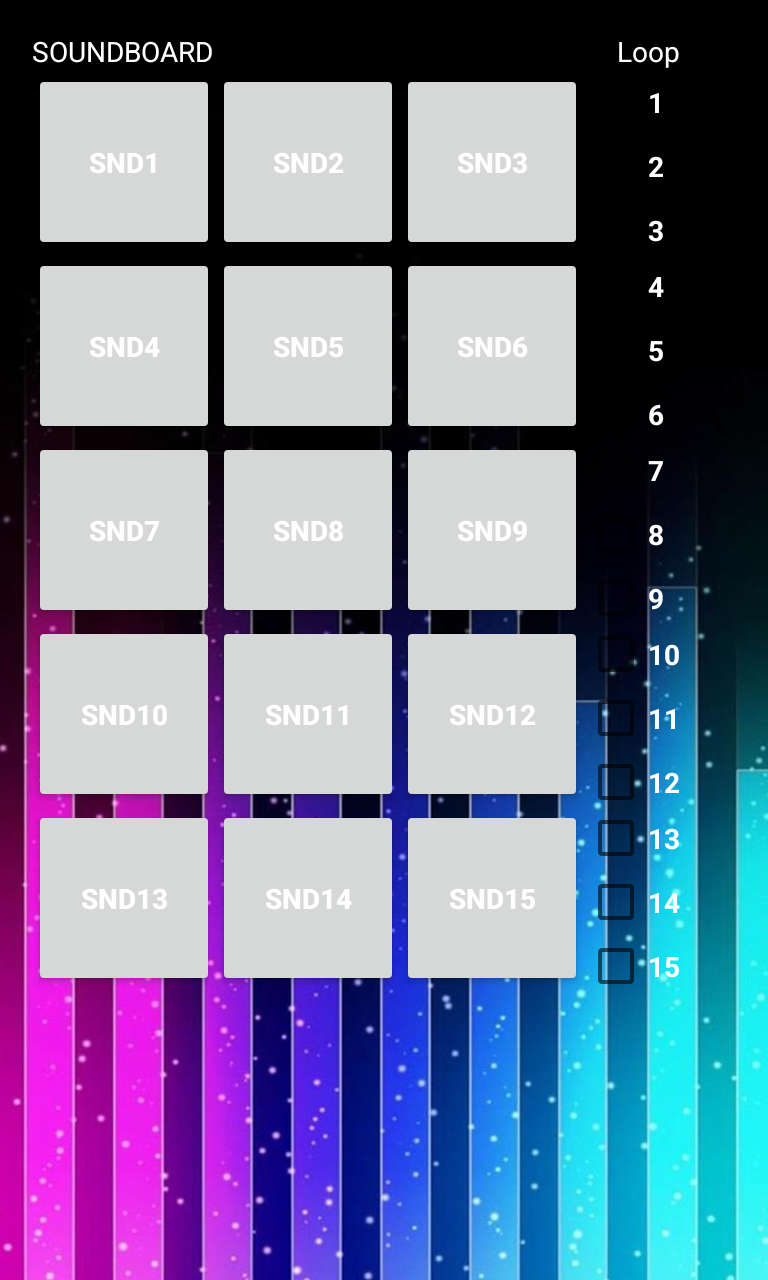
Repository: SoundBoardJAMJ/Project
Layout: workspace/SoundBoard/res/layout/defboard.xml
The author's editor kept a copy of each file at every save. The layout is drawn from the files as they stood at one save, then again after the next save.
It is drawn on a 768 x 1280 px phone screen (xhdpi) without system bars, with theme AppTheme; the app's code is not run.

Above is the layout before, as saved 2014-05-02 07:20:23.

### workspace/SoundBoard/res/layout/defboard.xml
<ScrollView xmlns:android="http://schemas.android.com/apk/res/android"
xmlns:tools="http://schemas.android.com/tools"
android:layout_width="match_parent"
android:background="@drawable/image1"
android:layout_height="match_parent" >

<RelativeLayout
    android:layout_width="match_parent"
    android:layout_height="600dp"
    android:paddingBottom="@dimen/activity_vertical_margin"
    android:paddingLeft="@dimen/activity_horizontal_margin"
    android:paddingRight="@dimen/activity_horizontal_margin"
    android:paddingTop="@dimen/activity_vertical_margin"
    tools:context="com.example.soundtest.DefBoard$PlaceholderFragment" >

    <TextView
        android:id="@+id/textView1"
        android:layout_width="wrap_content"
        android:layout_height="wrap_content"
        android:textColor="@android:color/white"
        android:alpha="1.0"
        android:text="SOUNDBOARD" />

    <Button
        android:id="@+id/button1"
        android:layout_width="92dp"
        android:layout_height="92dp"
        android:layout_alignLeft="@+id/textView1"
        android:layout_below="@+id/textView1"
        android:onClick="ButtonOnClick"
        android:textColor="@android:color/white"
        android:alpha="1.0"
        android:textStyle="bold"
        android:text="snd1" />

    <Button
        android:id="@+id/button3"
        android:layout_width="92dp"
        android:layout_height="92dp"
        android:layout_alignBaseline="@+id/button2"
        android:layout_alignBottom="@+id/button2"
        android:layout_toRightOf="@+id/button2"
        android:onClick="ButtonOnClick"
        android:textColor="@android:color/white"
        android:alpha="1.0"
        android:textStyle="bold"
        android:text="snd3" />

    <Button
        android:id="@+id/button2"
        android:layout_width="92dp"
        android:layout_height="92dp"
        android:layout_alignBaseline="@+id/button1"
        android:layout_alignBottom="@+id/button1"
        android:layout_toRightOf="@+id/button1"
        android:onClick="ButtonOnClick"
        android:textColor="@android:color/white"
        android:alpha="1.0"
        android:textStyle="bold"
        android:text="snd2" />

    <Button
        android:id="@+id/button8"
        android:layout_width="92dp"
        android:layout_height="92dp"
        android:layout_alignBaseline="@+id/button7"
        android:layout_alignBottom="@+id/button7"
        android:layout_toRightOf="@+id/button4"
        android:onClick="ButtonOnClick"
        android:textColor="@android:color/white"
        android:alpha="1.0"
        android:textStyle="bold"
        android:text="snd8" />

    <Button
        android:id="@+id/button7"
        android:layout_width="92dp"
        android:layout_height="92dp"
        android:layout_below="@+id/button4"
        android:layout_toLeftOf="@+id/button8"
        android:onClick="ButtonOnClick"
        android:textColor="@android:color/white"
        android:alpha="1.0"
        android:textStyle="bold"
        android:text="snd7" />

    <Button
        android:id="@+id/button6"
        android:layout_width="92dp"
        android:layout_height="92dp"
        android:layout_alignBaseline="@+id/button5"
        android:layout_alignBottom="@+id/button5"
        android:layout_toRightOf="@+id/button5"
        android:onClick="ButtonOnClick"
        android:textColor="@android:color/white"
        android:alpha="1.0"
        android:textStyle="bold"
        android:text="snd6" />

    <Button
        android:id="@+id/button9"
        android:layout_width="92dp"
        android:layout_height="92dp"
        android:layout_alignBaseline="@+id/button8"
        android:layout_alignBottom="@+id/button8"
        android:layout_alignLeft="@+id/button6"
        android:onClick="ButtonOnClick"
        android:textColor="@android:color/white"
        android:alpha="1.0"
        android:textStyle="bold"
        android:text="snd9" />

    <Button
        android:id="@+id/button5"
        android:layout_width="92dp"
        android:layout_height="92dp"
        android:layout_below="@+id/button1"
        android:layout_toRightOf="@+id/button1"
        android:onClick="ButtonOnClick"
        android:textColor="@android:color/white"
        android:alpha="1.0"
        android:textStyle="bold"
        android:text="snd5" />

    <Button
        android:id="@+id/button10"
        android:layout_width="92dp"
        android:layout_height="92dp"
        android:layout_alignParentLeft="true"
        android:layout_below="@+id/button7"
        android:onClick="ButtonOnClick"
        android:textColor="@android:color/white"
        android:alpha="1.0"
        android:textStyle="bold"
        android:text="snd10" />

    <Button
        android:id="@+id/button11"
        android:layout_width="92dp"
        android:layout_height="92dp"
        android:layout_alignBaseline="@+id/button10"
        android:layout_alignBottom="@+id/button10"
        android:layout_toRightOf="@+id/button10"
        android:onClick="ButtonOnClick"
        android:textColor="@android:color/white"
        android:alpha="1.0"
        android:textStyle="bold"
        android:text="snd11" />

    <Button
        android:id="@+id/button13"
        android:layout_width="92dp"
        android:layout_height="92dp"
        android:layout_alignParentLeft="true"
        android:layout_below="@+id/button10"
        android:onClick="ButtonOnClick"
        android:textColor="@android:color/white"
        android:alpha="1.0"
        android:textStyle="bold"
        android:text="snd13" />

    <Button
        android:id="@+id/button14"
        android:layout_width="92dp"
        android:layout_height="92dp"
        android:layout_below="@+id/button10"
        android:layout_toLeftOf="@+id/button12"
        android:alpha="1.0"
        android:onClick="ButtonOnClick"
        android:text="snd14"
        android:textColor="@android:color/white"
        android:textStyle="bold" />

    <Button
        android:id="@+id/button15"
        android:layout_width="92dp"
        android:layout_height="92dp"
        android:layout_below="@+id/button11"
        android:layout_toRightOf="@+id/button14"
        android:alpha="1.0"
        android:onClick="ButtonOnClick"
        android:text="snd15"
        android:textColor="@android:color/white"
        android:textStyle="bold" />

    <Button
        android:id="@+id/button12"
        android:layout_width="92dp"
        android:layout_height="92dp"
        android:layout_below="@+id/button8"
        android:layout_toRightOf="@+id/button11"
        android:onClick="ButtonOnClick"
        android:textColor="@android:color/white"
        android:alpha="1.0"
        android:textStyle="bold"
        android:text="snd12" />

    <Button
        android:id="@+id/button4"
        android:layout_width="92dp"
        android:layout_height="92dp"
        android:layout_alignBaseline="@+id/button5"
        android:layout_alignBottom="@+id/button5"
        android:layout_toLeftOf="@+id/button5"
        android:onClick="ButtonOnClick"
        android:textColor="@android:color/white"
        android:alpha="1.0"
        android:textStyle="bold"
        android:text="snd4" />

    <CheckBox
        android:id="@+id/checkBox1"
        android:layout_width="wrap_content"
        android:layout_height="wrap_content"
        android:layout_alignTop="@+id/button3"
        android:layout_toRightOf="@+id/button3"
        android:alpha="1.0"
        android:onClick="TogOnClick"
        android:text="1"
        android:textColor="@android:color/white"
        android:textStyle="bold" />

    <CheckBox
        android:id="@+id/checkBox2"
        android:layout_width="wrap_content"
        android:layout_height="wrap_content"
        android:layout_below="@+id/checkBox1"
        android:layout_toRightOf="@+id/button3"
        android:onClick="TogOnClick"
        android:textColor="@android:color/white"
        android:alpha="1.0"
        android:textStyle="bold"
        android:text="2" />

    <CheckBox
        android:id="@+id/checkBox3"
        android:layout_width="wrap_content"
        android:layout_height="wrap_content"
        android:layout_alignLeft="@+id/checkBox2"
        android:layout_below="@+id/checkBox2"
        android:onClick="TogOnClick"
        android:textColor="@android:color/white"
        android:alpha="1.0"
        android:textStyle="bold"
        android:text="3" />

    <CheckBox
        android:id="@+id/checkBox4"
        android:layout_width="wrap_content"
        android:layout_height="wrap_content"
        android:layout_alignTop="@+id/button6"
        android:layout_toRightOf="@+id/button6"
        android:onClick="TogOnClick"
        android:textColor="@android:color/white"
        android:alpha="1.0"
        android:textStyle="bold"
        android:text="4" />

    <CheckBox
        android:id="@+id/checkBox5"
        android:layout_width="wrap_content"
        android:layout_height="wrap_content"
        android:layout_below="@+id/checkBox4"
        android:layout_toRightOf="@+id/button6"
        android:onClick="TogOnClick"
        android:textColor="@android:color/white"
        android:alpha="1.0"
        android:textStyle="bold"
        android:text="5" />

    <CheckBox
        android:id="@+id/checkBox6"
        android:layout_width="wrap_content"
        android:layout_height="wrap_content"
        android:layout_below="@+id/checkBox5"
        android:layout_toRightOf="@+id/button6"
        android:onClick="TogOnClick"
        android:textColor="@android:color/white"
        android:alpha="1.0"
        android:textStyle="bold"
        android:text="6" />

    <CheckBox
        android:id="@+id/checkBox7"
        android:layout_width="wrap_content"
        android:layout_height="wrap_content"
        android:layout_alignTop="@+id/button9"
        android:layout_toRightOf="@+id/button9"
        android:onClick="TogOnClick"
        android:textColor="@android:color/white"
        android:alpha="1.0"
        android:textStyle="bold"
        android:text="7" />

    <CheckBox
        android:id="@+id/checkBox8"
        android:layout_width="wrap_content"
        android:layout_height="wrap_content"
        android:layout_below="@+id/checkBox7"
        android:layout_toRightOf="@+id/button9"
        android:onClick="TogOnClick"
        android:textColor="@android:color/white"
        android:alpha="1.0"
        android:textStyle="bold"
        android:text="8" />

    <CheckBox
        android:id="@+id/checkBox9"
        android:layout_width="wrap_content"
        android:layout_height="wrap_content"
        android:layout_below="@+id/checkBox8"
        android:layout_toRightOf="@+id/button9"
        android:onClick="TogOnClick"
        android:textColor="@android:color/white"
        android:alpha="1.0"
        android:textStyle="bold"
        android:text="9" />

    <CheckBox
        android:id="@+id/checkBox10"
        android:layout_width="wrap_content"
        android:layout_height="wrap_content"
        android:layout_alignTop="@+id/button12"
        android:layout_toRightOf="@+id/button12"
        android:onClick="TogOnClick"
        android:textColor="@android:color/white"
        android:alpha="1.0"
        android:textStyle="bold"
        android:text="10" />

    <CheckBox
        android:id="@+id/checkBox11"
        android:layout_width="wrap_content"
        android:layout_height="wrap_content"
        android:layout_below="@+id/checkBox10"
        android:layout_toRightOf="@+id/button12"
        android:onClick="TogOnClick"
        android:textColor="@android:color/white"
        android:alpha="1.0"
        android:textStyle="bold"
        android:text="11" />

    <CheckBox
        android:id="@+id/checkBox12"
        android:layout_width="wrap_content"
        android:layout_height="wrap_content"
        android:layout_alignLeft="@+id/checkBox11"
        android:layout_below="@+id/checkBox11"
        android:onClick="TogOnClick"
        android:textColor="@android:color/white"
        android:alpha="1.0"
        android:textStyle="bold"
        android:text="12" />

    <CheckBox
        android:id="@+id/checkBox13"
        android:layout_width="wrap_content"
        android:layout_height="wrap_content"
        android:layout_alignTop="@+id/button15"
        android:layout_toRightOf="@+id/button15"
        android:onClick="TogOnClick"
        android:textColor="@android:color/white"
        android:alpha="1.0"
        android:textStyle="bold"
        android:text="13" />

    <CheckBox
        android:id="@+id/checkBox14"
        android:layout_width="wrap_content"
        android:layout_height="wrap_content"
        android:layout_below="@+id/checkBox13"
        android:layout_toRightOf="@+id/button15"
        android:onClick="TogOnClick"
        android:textColor="@android:color/white"
        android:alpha="1.0"
        android:textStyle="bold"
        android:text="14" />

    <CheckBox
        android:id="@+id/checkBox15"
        android:layout_width="wrap_content"
        android:layout_height="wrap_content"
        android:layout_below="@+id/checkBox14"
        android:layout_toRightOf="@+id/button15"
        android:onClick="TogOnClick"
        android:textColor="@android:color/white"
        android:alpha="1.0"
        android:textStyle="bold"
        android:background="#00DD143C"
        android:text="15" />

    <TextView
        android:id="@+id/textView2"
        android:layout_width="wrap_content"
        android:layout_height="wrap_content"
        android:layout_alignBottom="@+id/textView1"
        android:layout_alignRight="@+id/checkBox10"
        android:textColor="@android:color/white"
        android:alpha="1.0"
        android:text="Loop" />

</RelativeLayout>
</ScrollView>

Loaded but not shown: workspace/SoundBoard/res/values/styles.xml (common file); workspace/SoundBoard/res/values-v11/styles.xml (common file); workspace/SoundBoard/res/values-v14/styles.xml (common file); workspace/SoundBoard/res/values/dimens.xml (common file); workspace/SoundBoard/res/values-w820dp/dimens.xml (common file)

After the next save:
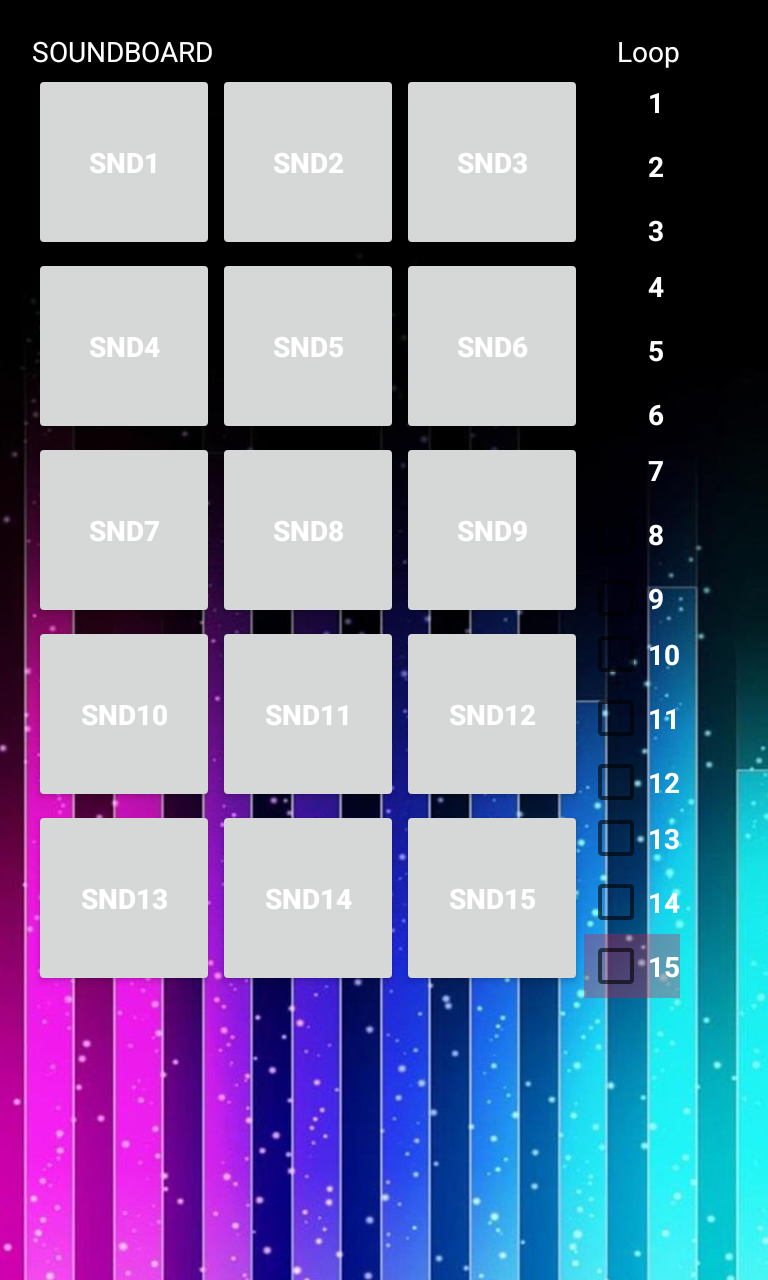
Saved 27 s later.
--- a/workspace/SoundBoard/res/layout/defboard.xml
+++ b/workspace/SoundBoard/res/layout/defboard.xml
@@ -386,7 +386,7 @@ android:layout_height="match_parent" >
         android:textColor="@android:color/white"
         android:alpha="1.0"
         android:textStyle="bold"
-        android:background="#00DD143C"
+        android:background="#55DD143C"
         android:text="15" />
 
     <TextView
